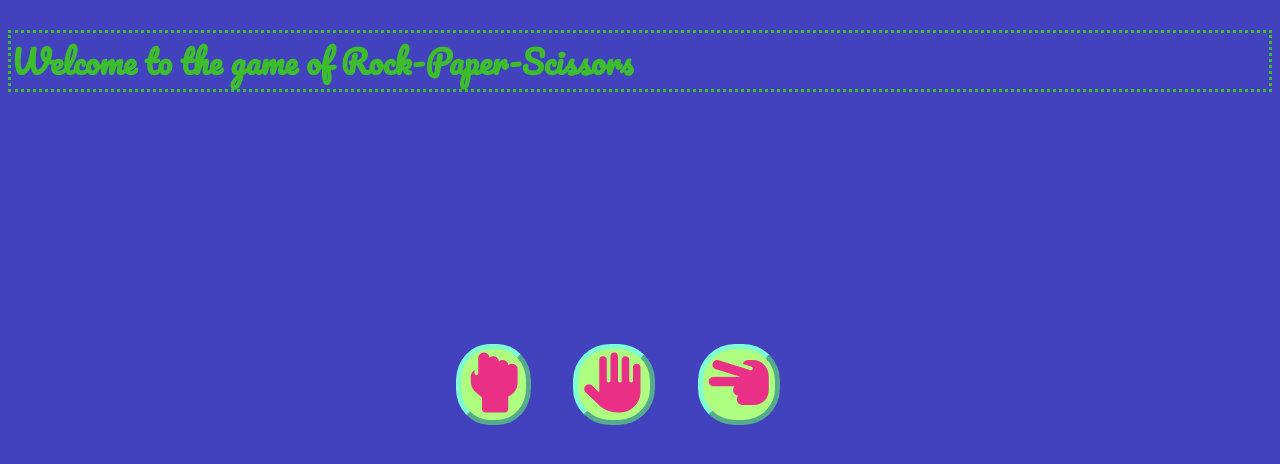
Repository: 0101chaitanya/Rock-Paper-Scissors
Page: index.html
These files come from the project's save history. The page is drawn as it stood at one moment and after the next save; the edit follows.
The browser window is 1280 px wide. The pictures show the whole page.
Some web libraries are served in a nearby version.

Above is the page before, as saved 2021-05-14 17:18:21.
Not found: linkk.js

### index.html
<!DOCTYPE html>
<html>

<head>
    <meta charset="utf-8">
    <title>Rock-Paper-Scissors</title>
    <link rel="stylesheet" href="style.css">
    <script src="https://kit.fontawesome.com/3dcaf9f6de.js" crossorigin="anonymous"></script>
    <link rel="preconnect" href="https://fonts.gstatic.com">
    <link href="https://fonts.googleapis.com/css2?family=Pacifico&display=swap" rel="stylesheet">
</head>

<body>
    <h1>Welcome to the game of Rock-Paper-Scissors</h1>
    <div>
        <button class="square" id="holder1" href="#"><i class="fas fa-hand-rock"></i></button>

        <button class="square" id="holder2" href="#"><i class="fas fa-hand-paper"></i></button>

        <button class="square" id="holder3" href="#"><i class="fas fa-hand-scissors"></i></button>
    </div>
    <script type="text/javascript" src="linkk.js"></script>
</body>

</html>

### style.css
html{
   margin: 0;
       font-family: 'Pacifico', cursive;
background-color:rgb(66, 66, 190);
    }
   h1  {
     margin : 30px auto 0px;
     border-style:dotted;
     color:rgb(61, 189, 44) ;
    }
.square{
    background-color: rgb(174, 255, 127);
    font-size: 60px;
    display: inline-block;
color: rgb(233, 47, 134);
border-radius: 45%;
border-width: 5px;
border-color:aquamarine
}
#holder1 {
position: relative;
top: 35vh;
left :35vw;
}
#holder2 {
position: relative;
top: 35vh;
left :38vw;
}
#holder3 {
position: relative;
top: 35vh;
left :41vw;
}

After the next save:
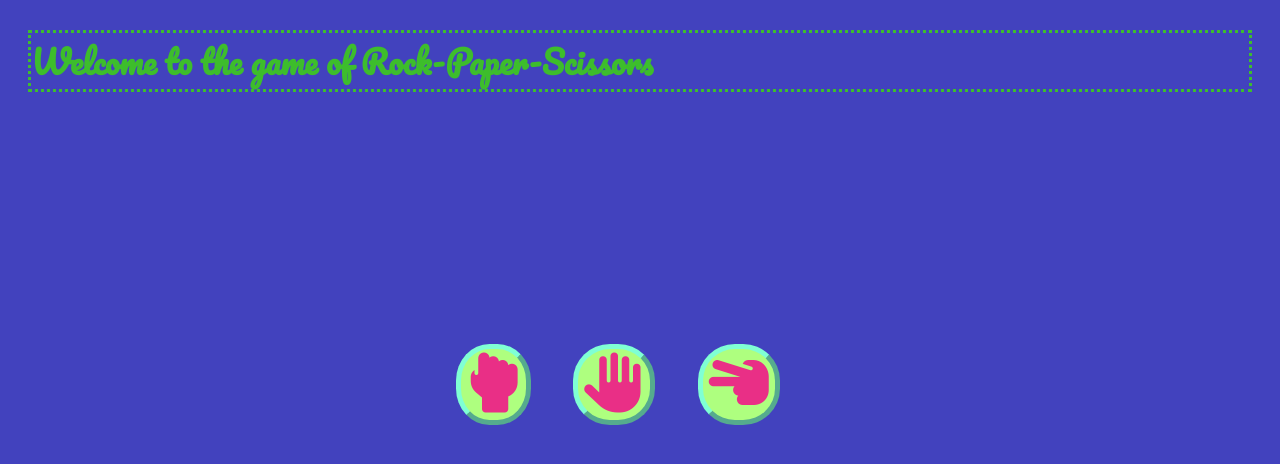
Saved 32 s later.
--- a/style.css
+++ b/style.css
@@ -4,7 +4,7 @@
 background-color:rgb(66, 66, 190);
     }
    h1  {
-     margin : 30px auto 0px;
+     margin : 30px 20px 0px;
      border-style:dotted;
      color:rgb(61, 189, 44) ;
     }

After the save that followed:
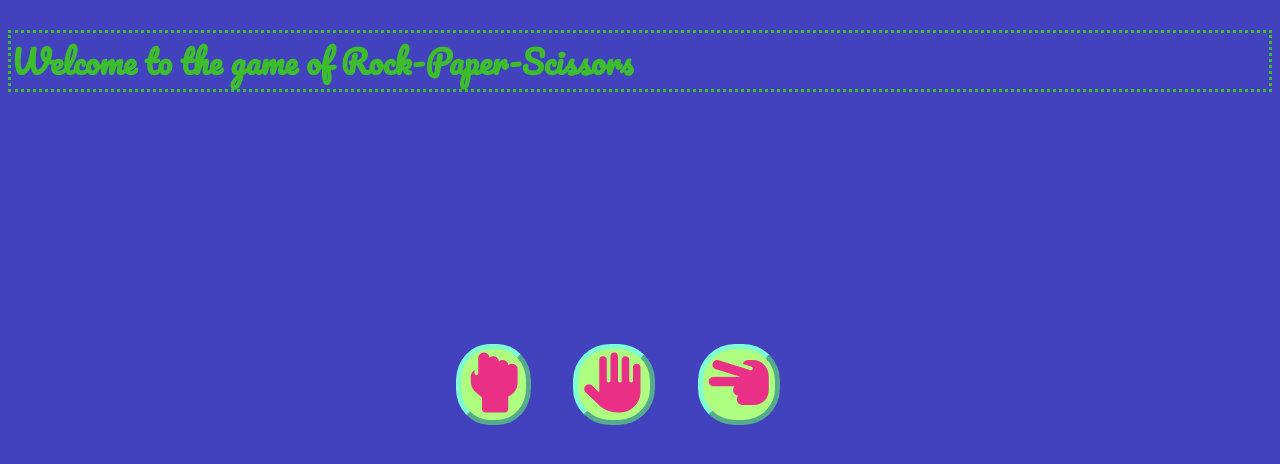
Saved 18 s later.
--- a/style.css
+++ b/style.css
@@ -4,7 +4,7 @@
 background-color:rgb(66, 66, 190);
     }
    h1  {
-     margin : 30px 20px 0px;
+     margin : 30px auto 0px auto;
      border-style:dotted;
      color:rgb(61, 189, 44) ;
     }
